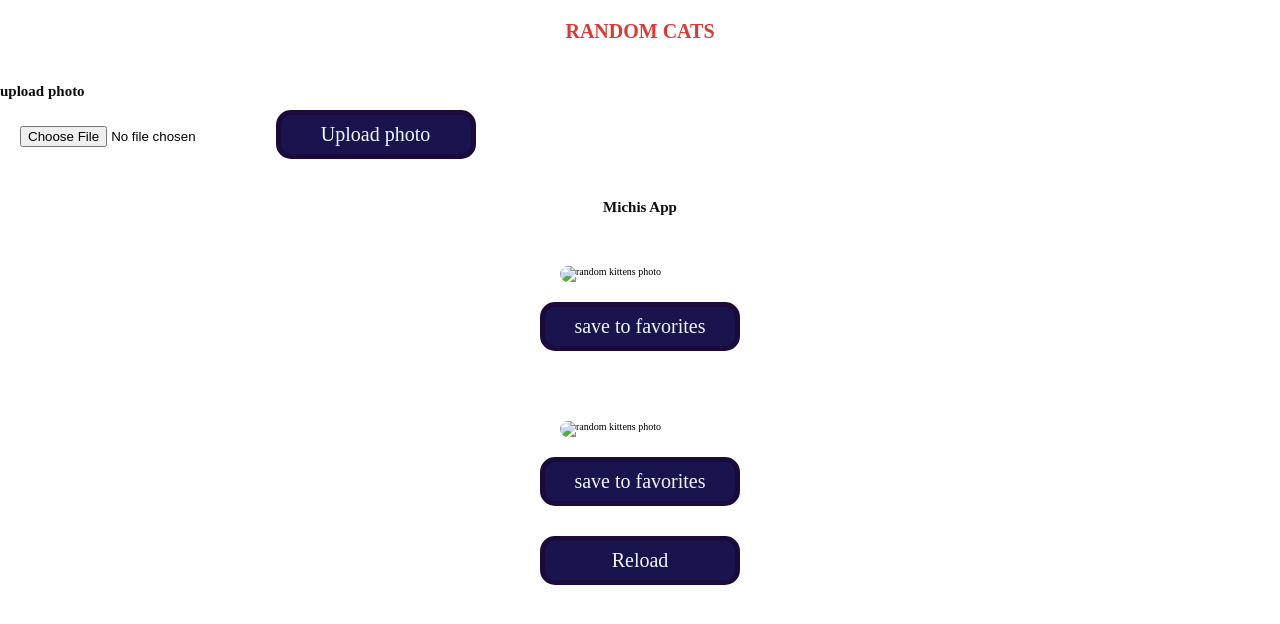
Repository: elto82/ConsumoAPIRESTjs
Page: index.html
These files come from the project's save history. The page is drawn as it stood at one moment and after the next save; the edit follows.
The browser window is 1280 px wide. The pictures show the whole page.
The page's requests for data from a server got no answer.

Above is the page before, as saved 2022-07-04 21:51:41.

### index.html
<!DOCTYPE html>
<html lang="en">

<head>
  <meta charset="UTF-8">
  <meta http-equiv="X-UA-Compatible" content="IE=edge">
  <meta name="viewport" content="width=device-width, initial-scale=1.0">
  <title>Random Cats</title>
  <link rel="stylesheet" href="style.css">
</head>

<body>
  <header>
    <h1>Random Cats</h1>
  </header>
  <span id="error"></span>


  <section id="uploadingMichi" class="cards__container">
    <h2>upload photo</h2>
    <form id="uploadingForm">
      <input id="fileSelector" type="file" name="file" accept="image/*">

      <button type="button" onclick="uploadMichiPhoto()" class="random-cat-button">
        Upload photo<i class="fa-solid fa-paper-plane"></i>
      </button>
      <div id="preview-zone">

      </div>
    </form>
  </section>

  <section id="randomMichis" class="container">
    <h2>Michis App</h2>

    <article>
      <img id="img1" alt="random kittens photo" class="image">
      <button id="btn1" class="random-cat-button">
        save to favorites
      </button>
    </article>
    <article>
      <img id="img2" alt="random kittens photo" class="image">
      <button id="btn2" class="random-cat-button">
        save to favorites
      </button>
    </article>

    <button class="random-cat-button" onclick="loadRandomMichis()">
      Reload
    </button>

  </section>
  <section id="favoriteMichis">

  </section>

  <script src="https://cdn.jsdelivr.net/npm/axios/dist/axios.min.js"></script>
  <script src="./main.js"></script>
</body>

</html>

### style.css
* {
  box-sizing: border-box;
  margin: 0px;
  padding: 0px;
}
html {
  font-size: 62.5%;
}
body {
  font-family: 'Square Peg', cursive;
}
header {
  display: flex;
  justify-content: center;
}

h1 {
  margin: 20px 0;
  color: #DB3A34;
  font-weight: 800;
  text-transform: uppercase;
}

h2 {
  color: #100c0c;
  margin: 0 0 1rem 0;
}

#error {
  color: rgb(20, 17, 17);
  display: block;
  margin-bottom: 20px;
  margin-left: 1rem;
}

article{
  display: flex;
  flex-direction: column;
  justify-content: center;
  place-items: center;
  padding: 20px;
}


.container {
  display: flex;
  flex-direction: column;
  justify-content: center;
  place-items: center;
  padding: 20px;
}
.container .image {
  border-radius: 20px;
  margin: 20px;
  width: 80%;
  height: auto;
}
.random-cat-button {
  align-items: center;
  background-color: rgb(26, 20, 78);
  border: 5px solid rgb(27, 11, 60);
  border-radius: 15px;
  color: aliceblue;
  cursor: pointer;
  font-family: 'Pacifico', cursive;
  font-size: 2rem;
  padding: 0.8rem;
  width: 20rem;
  height: auto;
  margin-bottom: 1rem;
}
.random-cat-button:hover {
  border: 5px solid rgb(36, 16, 71);
  background-color: rgb(33, 14, 62);
}

#file-preview{
  width: 300px;
  height: auto;
  margin: 20px 20px;
}

#uploadingForm{
  margin: 0 0 1rem 2rem;

}

### main.js
const api = axios.create({
  baseURL: 'https://api.thecatapi.com/v1'
});
api.defaults.headers.common['X-API-KEY'] = '11fb4c78-96c8-403c-b282-b8c4d38b4b60';


/*--------------------------------------------- endpoint
const API_URL = "https://api.thecatapi.com/v1/images/search"; */
/* --------------------------------------------------------query parameters */
const API_URL_random = "https://api.thecatapi.com/v1/images/search?limit=2";
const API_URL_favorites = "https://api.thecatapi.com/v1/favourites";
const API_URL_upload = "https://api.thecatapi.com/v1/images/upload";

const API_URL_favorites_delete = (id) =>
  `https://api.thecatapi.com/v1/favourites/${id}`;

const spanError = document.getElementById("error");

async function loadRandomMichis() {
  const res = await fetch(API_URL_random);
  const data = await res.json();

  console.log(data);
  console.log("loadRandomMichis");

  if (res.status !== 200) {
    spanError.innerHTML = `hubo un error: ${res.status} ${data.message}`;
  } else {
    const img1 = document.getElementById("img1");
    const img2 = document.getElementById("img2");
    const btn1 = document.getElementById("btn1");
    const btn2 = document.getElementById("btn2");

    img1.src = data[0].url;
    img2.src = data[1].url;
    btn1.onclick = () => saveFavoriteMichi(data[0].id);
    btn2.onclick = () => saveFavoriteMichi(data[1].id);
  }
}

async function loadFavoriteMichis() {
  const res = await fetch(API_URL_favorites, {
    method: "GET",
    headers: {
      "X-API-KEY": "11fb4c78-96c8-403c-b282-b8c4d38b4b60",
    },
  });
  const data = await res.json();

  console.log(data);
  console.log("loadFavoriteMichis");

  if (res.status !== 200) {
    spanError.innerHTML = `Hubo un error: ${res.status} ${data.message}`;
  } else {
    const section = document.getElementById("favoriteMichis");
    section.innerHTML = "";
    const h2 = document.createElement("h2");
    const h2Text = document.createTextNode("Michis Favorites");
    h2.appendChild(h2Text);
    section.appendChild(h2);

    data.forEach((michi) => {
      const article = document.createElement("article");
      const img = document.createElement("img");
      const btn = document.createElement("button");
      const btnText = document.createTextNode("remove michi");

      btn.appendChild(btnText);
      btn.onclick = () => deleteFavoriteMichi(michi.id);
      img.src = michi.image.url;
      img.width = 150;
      article.appendChild(img);
      article.appendChild(btn);
      section.appendChild(article);
    });
  }
}

async function saveFavoriteMichi(id) {
  const { data, status } = await api.post('/favourites', {
    image_id: id,
  });
  /* const res = await fetch(API_URL_favorites, {
    method: "POST",
    headers: {
      "Content-Type": "application/json",
      "X-API-KEY": "11fb4c78-96c8-403c-b282-b8c4d38b4b60",
    },
    body: JSON.stringify({
      image_id: id,
    }),
  });
  const data = await res.json(); */

  console.log("save");
  //console.log(res);

  if (status !== 200) {
    spanError.innerHTML = `Hubo un error: ${status} ${data.message}`;
  } else {
    console.log("michi guardado en favoritos");
    loadFavoriteMichis();
  }
}

async function deleteFavoriteMichi(id) {
  const res = await fetch(API_URL_favorites_delete(id), {
    method: "DELETE",
    headers: {
      "X-API-KEY": "11fb4c78-96c8-403c-b282-b8c4d38b4b60",
    },
  });
  const data = await res.json();

  if (res.status !== 200) {
    spanError.innerHTML = `Hubo un error: ${res.status} ${data.message}`;
  } else {
    console.log("michi eliminado de favoritos");
    loadFavoriteMichis();
  }
}

async function uploadMichiPhoto() {
  const form = document.getElementById("uploadingForm");
  const formData = new FormData(form);

  console.log(formData.get("file"));

  const res = await fetch(API_URL_upload, {
    method: "POST",
    headers: {
      //"Content-Type": "multipart/form-data",
      "X-API-KEY": "11fb4c78-96c8-403c-b282-b8c4d38b4b60",
    },
    body: formData,
  });
  const data = await res.json();

  if (res.status !== 201) {
    spanError.innerText = "Hubo un error: " + res.status + " " + data.message;
  } else {
    console.log("Michi cargado correctamente");
    console.log({ data });
    console.log(data.url);
    saveFavoriteMichi(data.id);
    loadRandomMichis();
  }
}

/* const previewImage = () => {
  const file = document.getElementById("file").files;
  console.log(file);
  if (file.length > 0) {
    const fileReader = new FileReader();

    fileReader.onload = function(e) {
      document.getElementById("preview").setAttribute("src", e.target.result);
    };
    fileReader.readAsDataURL(file[0]);
  }
} */

function readFile(input) {
  if (input.files && input.files[0]) {
    var reader = new FileReader();
    reader.onload = function (e) {
      var filePreview = document.createElement("img");
      filePreview.id = "file-preview";
      //Aca se guarda la imagen en base 64
      filePreview.src = e.target.result;
      console.log(e.target.result);

      var previewZone = document.getElementById("preview-zone");
      previewZone.appendChild(filePreview);
    };

    reader.readAsDataURL(input.files[0]);
  }
}
var fileUpload = document.getElementById("fileSelector");
fileUpload.onchange = function (e) {
  readFile(e.srcElement);

};

loadRandomMichis();
loadFavoriteMichis();

After the next save:
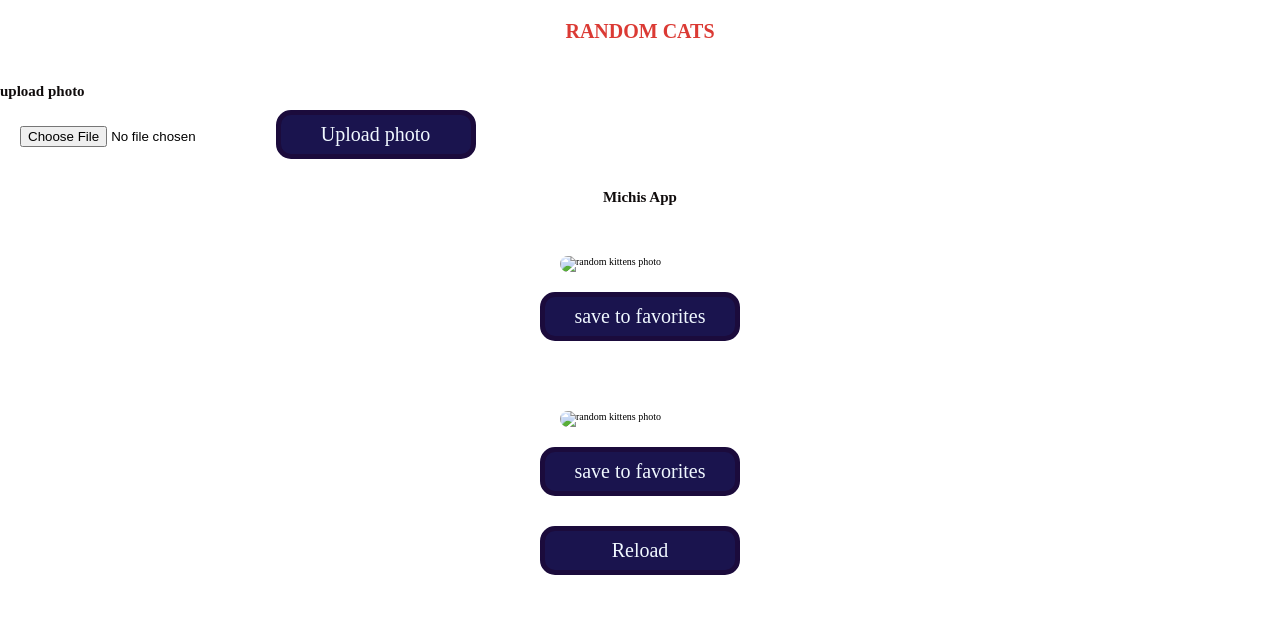
Saved 38 s later.
--- a/style.css
+++ b/style.css
@@ -80,7 +80,7 @@ article{
   margin: 20px 20px;
 }
 
-#uploadingForm{
+#fileSelector{
   margin: 0 0 1rem 2rem;
 
 }
